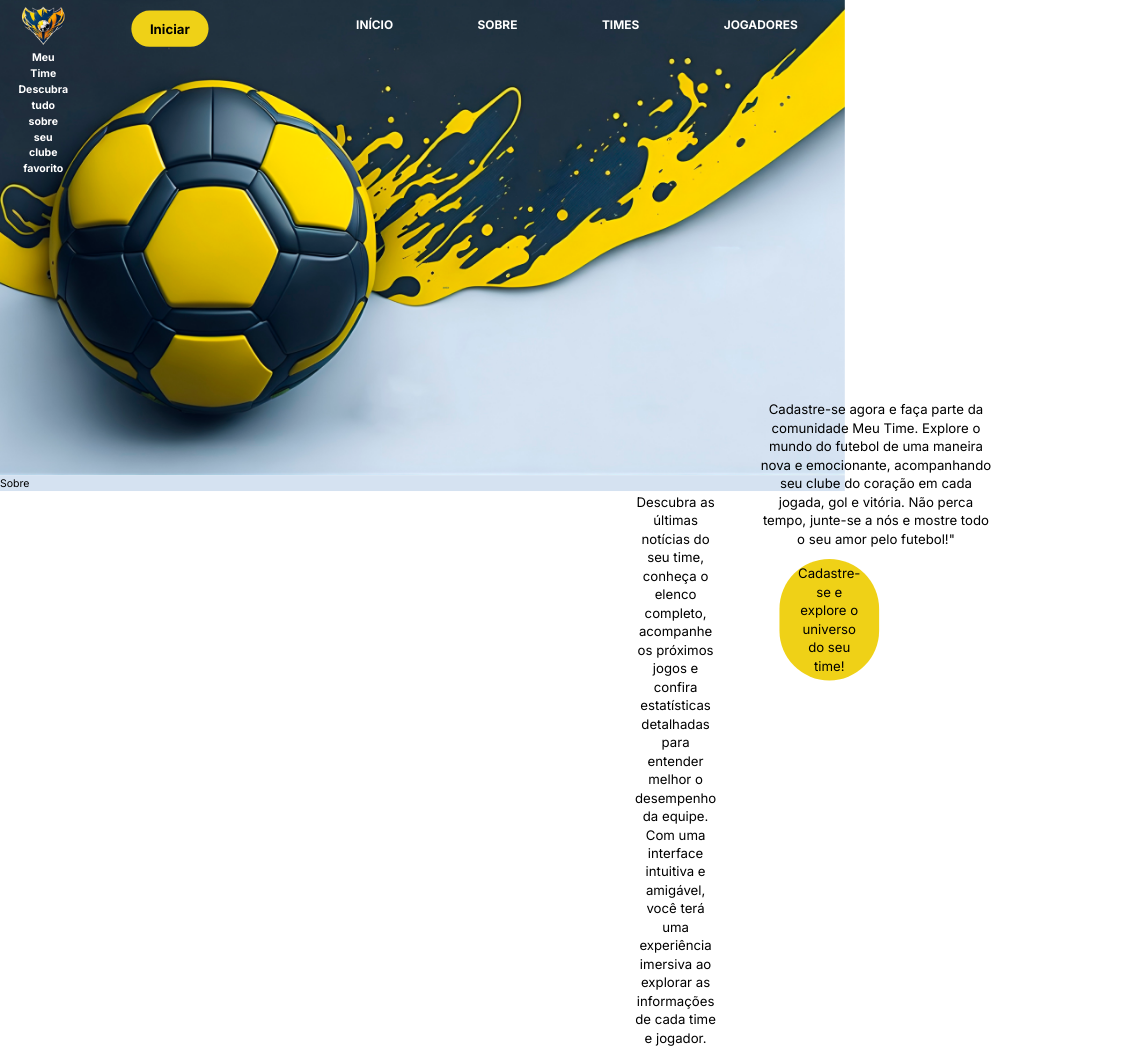
Repository: LuizAGDomingues/MeuTimeApp
Page: /
These files come from the project's save history. The page is drawn as it stood at one moment and after the next save; the edit follows.
The browser window is 1280 px wide. The page is 1556 px wide, then 1725 px, then 1556 px, so the pictures cover 1725 px, including what lies to the right of the window. The pictures show the whole page, at 66% of full size.
The project was rebuilt for these pictures with package versions that can differ from the ones it lists, and the page was loaded fresh each time. The framework's server and built-in components were replaced by stand-ins that run in the browser. Also part of the build but not shown: next.config.js.

Above is the page before, as saved 2023-05-22 14:00:19.

### src/app/layout.tsx
import './globals.css'
import { Inter } from 'next/font/google'

const inter = Inter({ subsets: ['latin'] })

export const metadata = {
  title: 'Trade test - Football API',
  description: 'Test para vaga front-end da Trade Technology',
}

export default function RootLayout({
  children,
}: {
  children: React.ReactNode
}) {
  return (
    <html lang="pt-br">
      <body className={inter.className}>{children}</body>
    </html>
  )
}

### src/app/page.tsx
import Header from "@/components/Header";
import LoginDialog from "@/components/LoginDialog";

export default function Home() {
  return (
    <>
      <main className="w-full h-screen">
        <Header />
        <div className="flex">
          <p className="text-xl text-center w-[410px] ml-[962px] mt-[480px]">Descubra as últimas notícias do seu time, conheça o elenco completo, acompanhe os próximos jogos e confira estatísticas detalhadas para entender melhor o desempenho da equipe. Com uma interface intuitiva e amigável, você terá uma experiência imersiva ao explorar as informações de cada time e jogador.</p>
          <div className="flex flex-col">
            <p className="text-xl text-center w-[356px] ml-16 mt-[340px]">Cadastre-se agora e faça parte da comunidade Meu Time. Explore o mundo do futebol de uma maneira nova e emocionante, acompanhando seu clube do coração em cada jogada, gol e vitória. Não perca tempo, junte-se a nós e mostre todo o seu amor pelo futebol!"</p>
            <LoginDialog text="Cadastre-se e explore o universo do seu time!" className="font-normal w-"/>
          </div>
        </div>
      </main>
      <section id="sobre" className="bg-[#d5e2f1]">
        Sobre
      </section>
    </>
  )
}

### src/app/globals.css
@tailwind base;
@tailwind components;
@tailwind utilities;

main {
  background-image: url('../assets/background.png');
  background-size: cover;
  background-repeat: no-repeat;
}

### src/components/Header.tsx
import React from 'react'
import LoginDialog from './LoginDialog'
import logo from '../assets/logo.png'
import Image from 'next/image'
import NavigationElement from './NavigationElement'

function Header() {
  return (
    <div className='flex'>
      <div className='flex flex-col items-center ml-7'>
        <Image src={logo} alt='Logo exemplo'/>
        <span className='text-white font-bold text-center'>Meu Time<br/>Descubra tudo sobre seu clube favorito</span>
      </div>
      <LoginDialog text='Iniciar' className='h-[55px]' />
      <div className='flex justify-between gap-32 mt-6 h-7'>
        <NavigationElement href='/' text='Início' />
        <NavigationElement href='/#sobre' text='Sobre' />
        <NavigationElement href='/times' text='Times' />
        <NavigationElement href='/jogadores' text='Jogadores' />
        <NavigationElement href='/estatisticas' text='Estatísticas' />
      </div>

    </div>
  )
}

export default Header

### src/components/LoginDialog.tsx
import React from 'react'

interface LoginDialogProps {
  className?: string,
  text: string
}

function LoginDialog(props: LoginDialogProps) {
  return (
    <button className={`bg-[#EFD117] rounded-full mt-4 ml-24 mr-56 px-7 py-2 text-black font-bold text-xl ${props.className}`}>{props.text}</button>
  )
}

export default LoginDialog

### src/components/NavigationElement.tsx
import Link from 'next/link'
import React from 'react'

interface NavigationElementProps {
  href: string;
  text: string;
}

export default function NavigationElement(props: NavigationElementProps) {
  return (
    <Link href={props.href} className='font-bold text-lg text-white uppercase hover:text-[#EFD117] transition-all'>{props.text}</Link>
  )
}

Loaded but not shown: tailwind.config.js (common file)

After the next save:
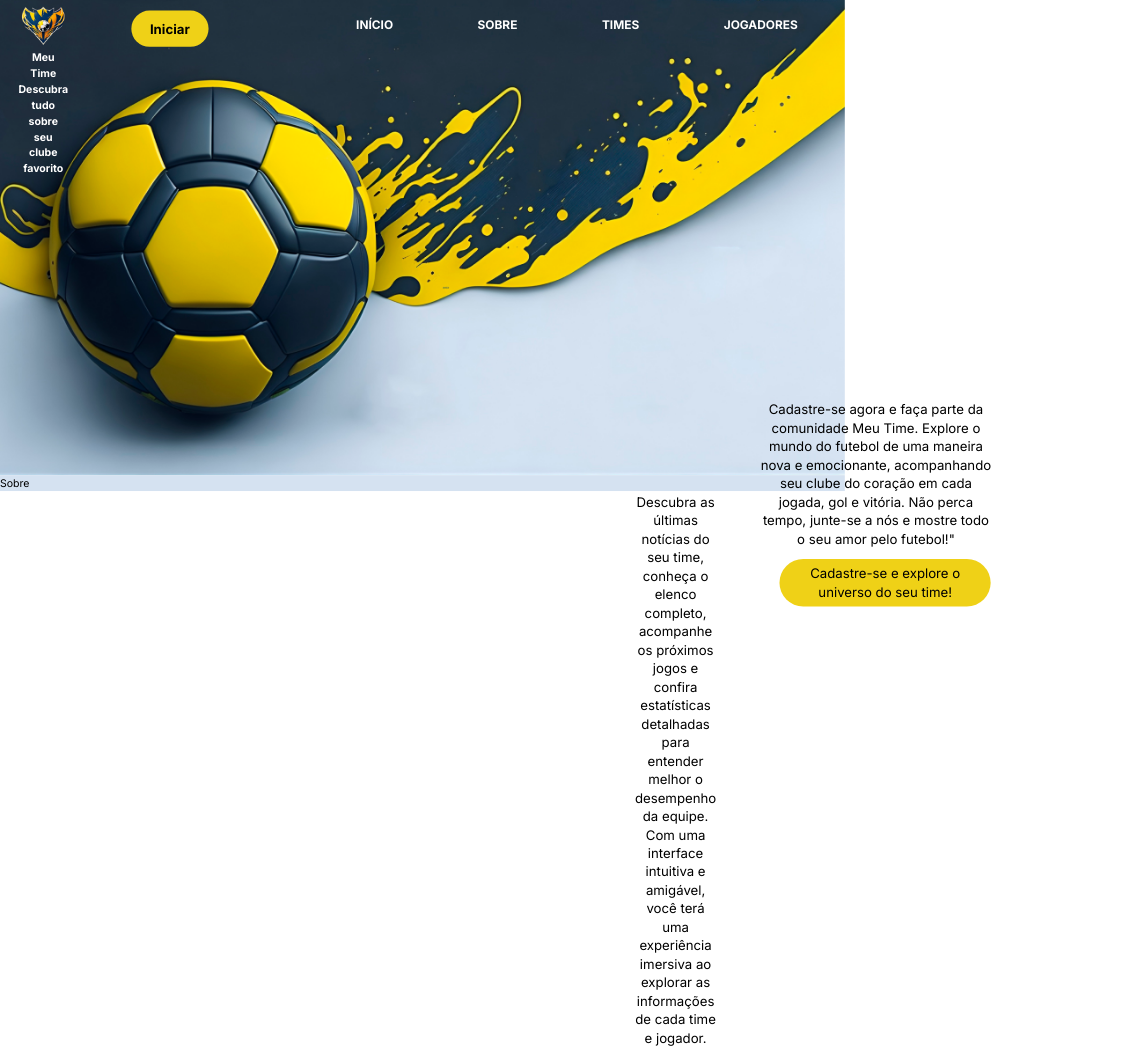
Saved 6 s later.
--- a/src/app/page.tsx
+++ b/src/app/page.tsx
@@ -10,7 +10,7 @@
           <p className="text-xl text-center w-[410px] ml-[962px] mt-[480px]">Descubra as últimas notícias do seu time, conheça o elenco completo, acompanhe os próximos jogos e confira estatísticas detalhadas para entender melhor o desempenho da equipe. Com uma interface intuitiva e amigável, você terá uma experiência imersiva ao explorar as informações de cada time e jogador.</p>
           <div className="flex flex-col">
             <p className="text-xl text-center w-[356px] ml-16 mt-[340px]">Cadastre-se agora e faça parte da comunidade Meu Time. Explore o mundo do futebol de uma maneira nova e emocionante, acompanhando seu clube do coração em cada jogada, gol e vitória. Não perca tempo, junte-se a nós e mostre todo o seu amor pelo futebol!"</p>
-            <LoginDialog text="Cadastre-se e explore o universo do seu time!" className="font-normal w-"/>
+            <LoginDialog text="Cadastre-se e explore o universo do seu time!" className="font-normal w-80"/>
           </div>
         </div>
       </main>

After the 5 saves that followed:
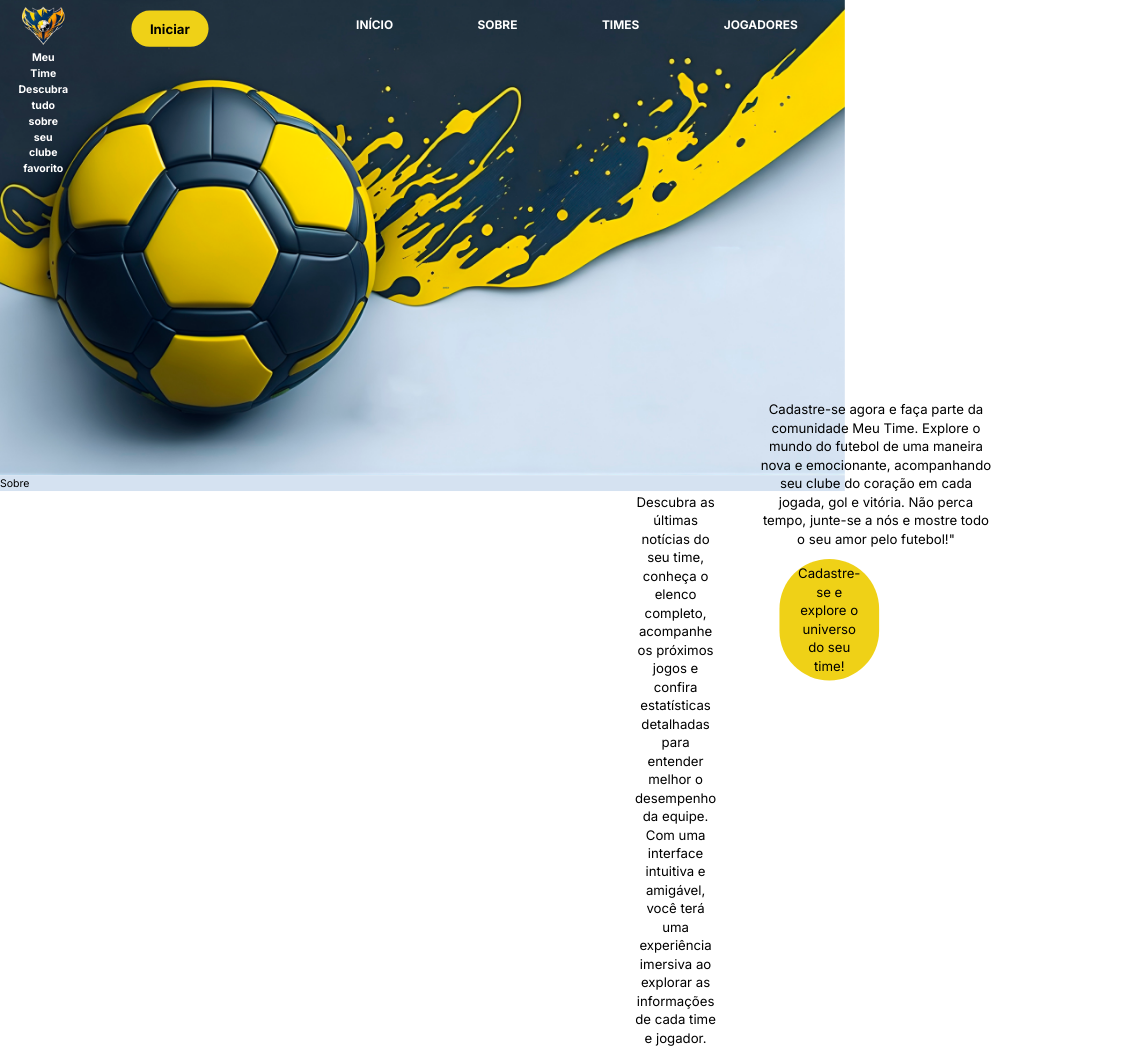
The 5 saves are shown as one change because 3 left the picture as it was and some came seconds apart.
The last was saved 95 s later.
--- a/src/app/page.tsx
+++ b/src/app/page.tsx
@@ -10,7 +10,7 @@
           <p className="text-xl text-center w-[410px] ml-[962px] mt-[480px]">Descubra as últimas notícias do seu time, conheça o elenco completo, acompanhe os próximos jogos e confira estatísticas detalhadas para entender melhor o desempenho da equipe. Com uma interface intuitiva e amigável, você terá uma experiência imersiva ao explorar as informações de cada time e jogador.</p>
           <div className="flex flex-col">
             <p className="text-xl text-center w-[356px] ml-16 mt-[340px]">Cadastre-se agora e faça parte da comunidade Meu Time. Explore o mundo do futebol de uma maneira nova e emocionante, acompanhando seu clube do coração em cada jogada, gol e vitória. Não perca tempo, junte-se a nós e mostre todo o seu amor pelo futebol!"</p>
-            <LoginDialog text="Cadastre-se e explore o universo do seu time!" className="font-normal w-80"/>
+            <LoginDialog text="Cadastre-se e explore o universo do seu time!" className="font-normal text-base"/>
           </div>
         </div>
       </main>
